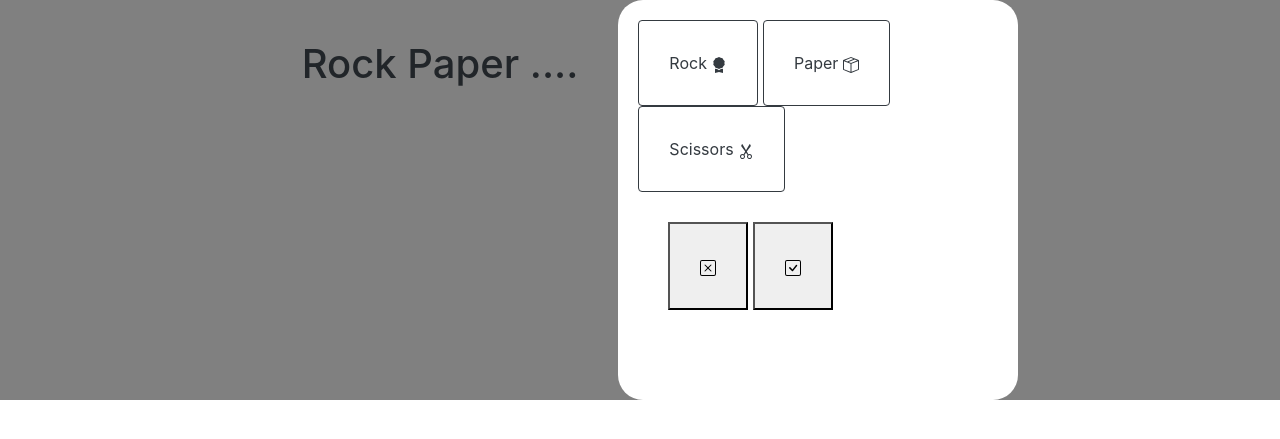
Repository: hossamsulleman1/Colllege-rock-paper-game
Page: game.html
An editor plug-in stored every save of this project. The page is shown before and after the next save, followed by the edit.
The browser window is 1280 px wide. The pictures show the whole page.

Above is the page before, as saved 2020-09-15 10:39:33.
Console error: SyntaxError: Unexpected token '<'

After the next save:
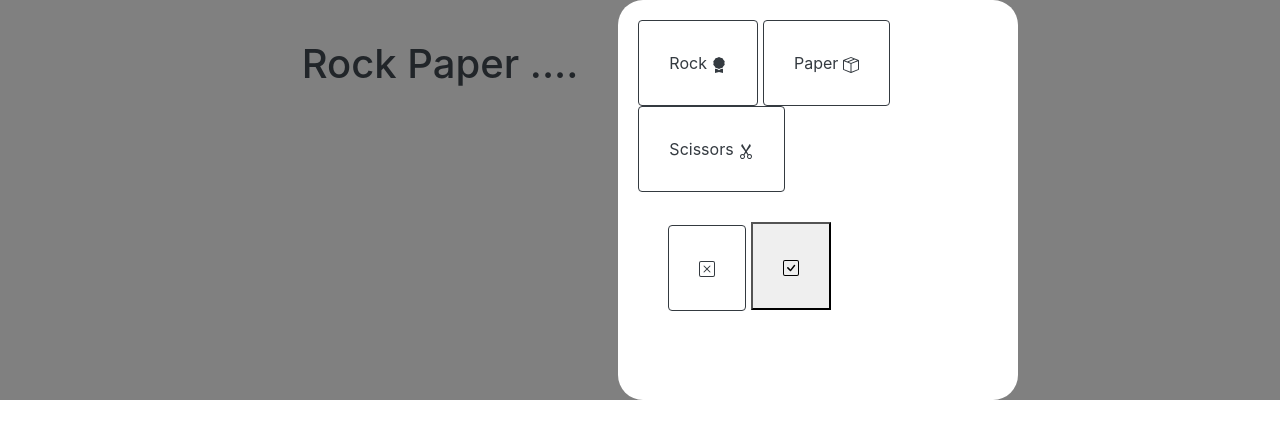
Saved 4 s later.
--- a/game.html
+++ b/game.html
@@ -34,7 +34,7 @@
 </button>
 
 <div style="padding: 30px;">
-    <button style="padding: 30px;">
+    <button class="btn btn-outline-dark" style="padding: 30px;">
         <!-- CANCEL BUTTON -->
         <svg width="1em" height="1em" viewBox="0 0 16 16" class="bi bi-x-square" fill="currentColor" xmlns="http://www.w3.org/2000/svg">
             <path fill-rule="evenodd" d="M14 1H2a1 1 0 0 0-1 1v12a1 1 0 0 0 1 1h12a1 1 0 0 0 1-1V2a1 1 0 0 0-1-1zM2 0a2 2 0 0 0-2 2v12a2 2 0 0 0 2 2h12a2 2 0 0 0 2-2V2a2 2 0 0 0-2-2H2z"/>
